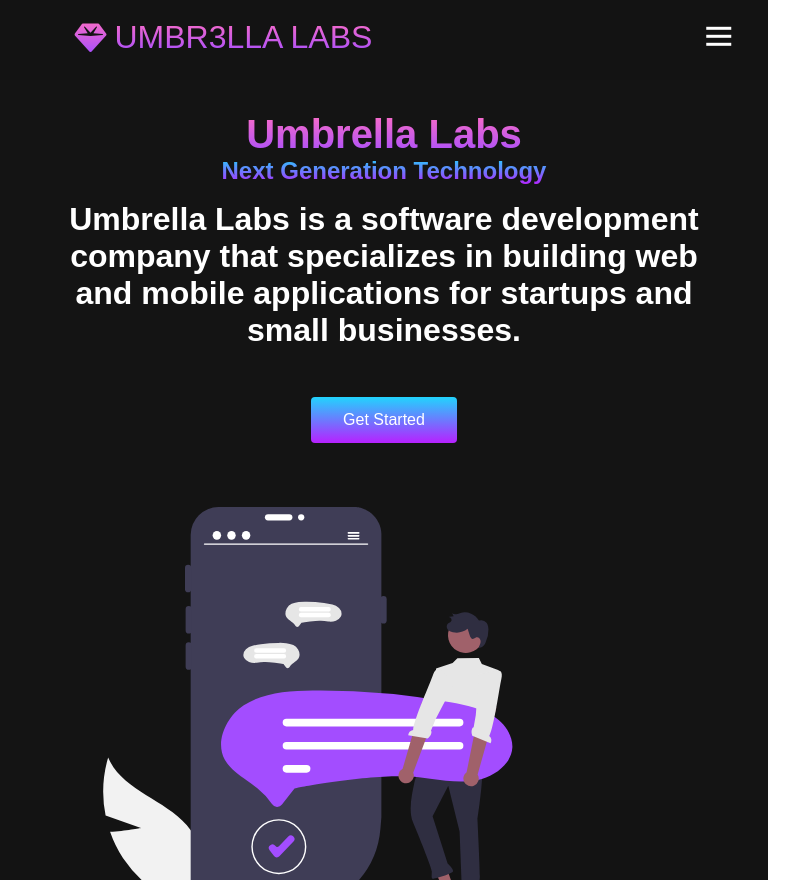
Repository: MikeeBuilds/umbr3lla
Page: index.html
These files come from the project's save history. The page is drawn as it stood at one moment and after the next save; the edit follows.
The browser window is 768 px wide. The page is 792 px wide, so the pictures cover 792 px, including what lies to the right of the window. The pictures show the whole page.
Some web fonts or font styles are not loaded; a fallback is used. Some web libraries are served in a nearby version.

Above is the page before, as saved 2023-05-27 19:58:14.

After the next save:
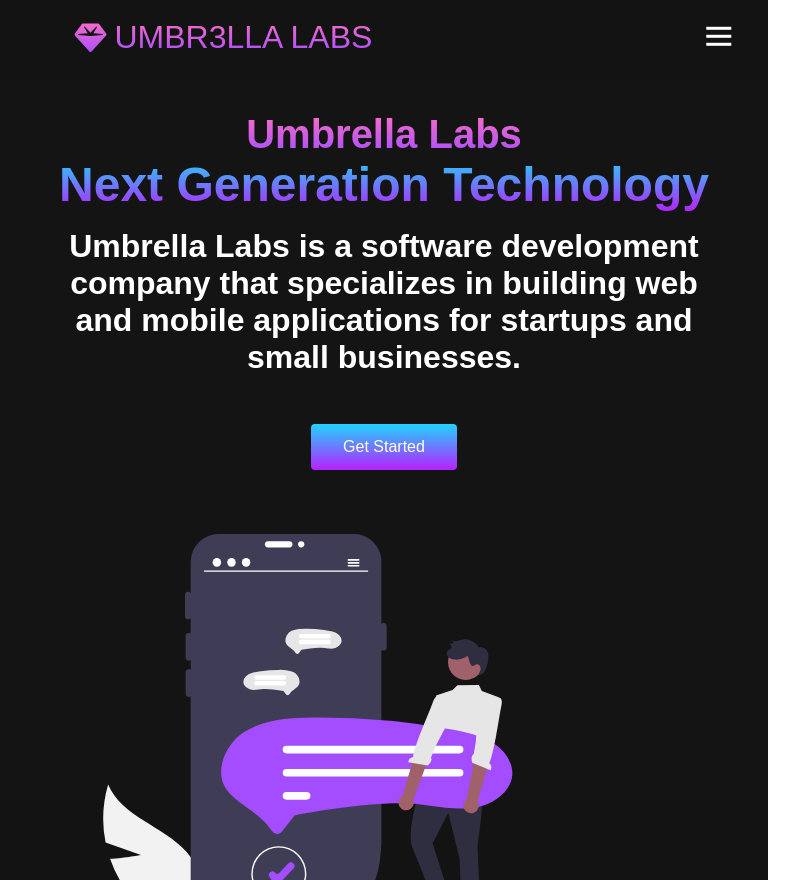
Saved 7 s later.
--- a/styles.css
+++ b/styles.css
@@ -330,6 +330,6 @@
     }
 
     .main__content h2 {
-        font-size: 1.5rem;
-    }
-}
+        font-size: 3rem;
+    }
+}
